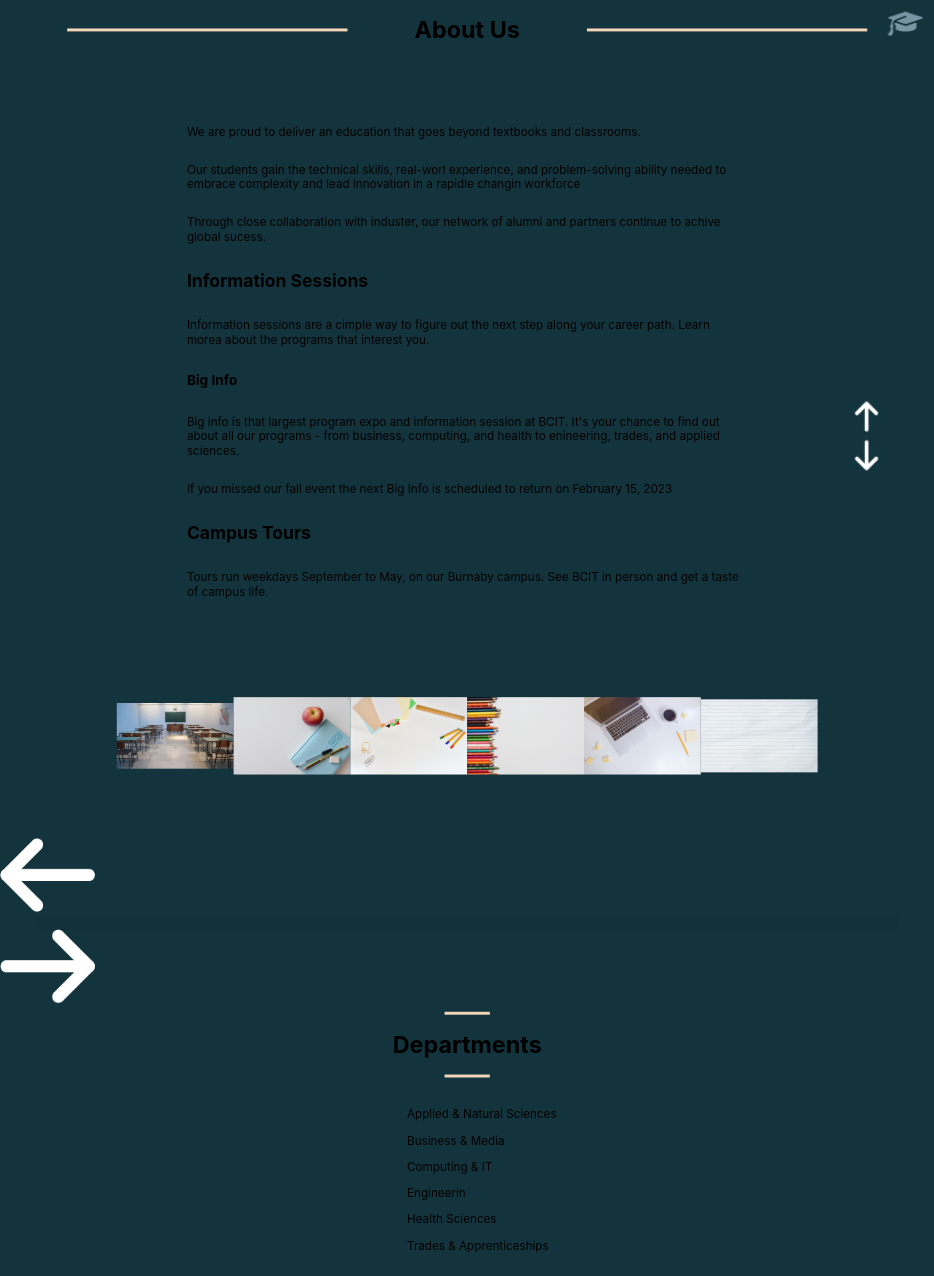
Repository: SaraShio/A01314209_Sara_Shiojima
Page: /about
An editor plug-in stored every save of this project. The page is shown before and after a run of saves, followed by the edit.
The browser window is 1280 px wide. The pictures show the whole page, at 73% of full size.
The project was rebuilt for these pictures with package versions that can differ from the ones it lists, and the page was loaded fresh each time. The framework's server and built-in components were replaced by stand-ins that run in the browser. Also part of the build but not shown: next.config.js.

Above is the page before, as saved 2023-02-08 22:21:43.

After the next 3 saves:
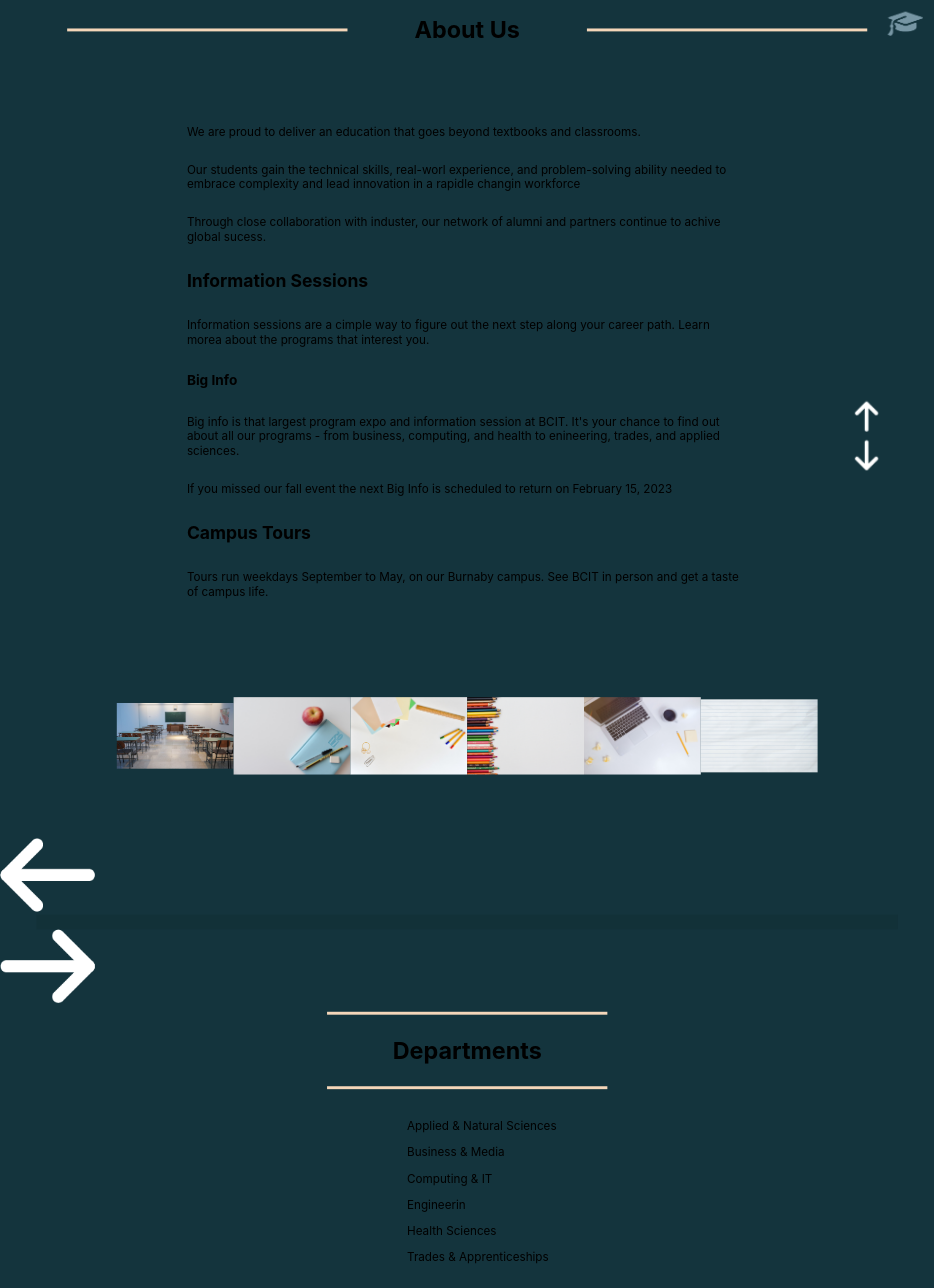
The 3 saves are shown as one change because 1 did not build or start and some came seconds apart.
The last was saved 11 s later.
--- a/pages/about.js
+++ b/pages/about.js
@@ -57,11 +57,9 @@
 
 
                 <div className={styles.departments}>
-                    <div className={styles.test}>
                         <hr className={styles.line}></hr>
                         <h1>Departments</h1>
                         <hr className={styles.line}></hr>
-                        </div>
                     <ul className={styles.departmentName}>
                         <li>Applied & Natural Sciences</li>
                         <li>Business & Media</li>
